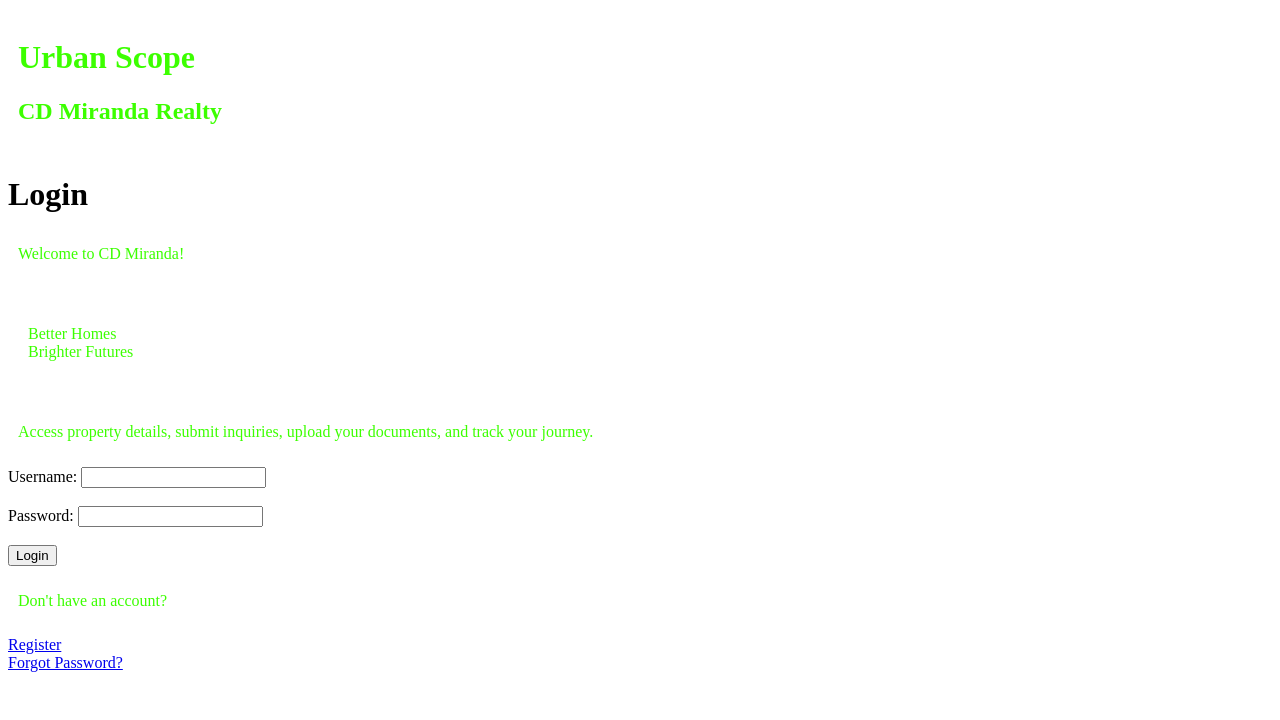
Repository: Gianeuz/CD-Miranda
Page: login/login.html
These files come from the project's save history. The page is drawn as it stood at one moment and after a run of saves; the edit follows.
The browser window is 1280 px wide. The pictures show the whole page.

Above is the page before, as saved 2026-09-24 23:57:56.

### login/login.html
<!DOCTYPE html>
<html lang="en">
<head>
    <meta charset="UTF-8">
    <meta name="viewport" content="width=device-width, initial-scale=1.0">
    <link rel="icon" href="favicon.jpg" type="image/x-icon">
    <link rel="stylesheet" href="login.css">
    <title>CD Miranda</title>
</head>
<body>

    <div class="header">
        <h1>Urban Scope</h1>
        <h2>CD Miranda Realty</h2>
    </div>
<div class="welcome">
    <h1>Login</h1>
    <p>Welcome to CD Miranda!</p>
</div>

<div class="qoute">
    <p>Better Homes <br> Brighter Futures</p>
</div>

<div class="qoute-text">
    <p>Access property details, submit inquiries, upload your documents, and track your journey.</p>
</div>

<div class="login-form">
    <form action="login.php" method="post">
        <label for="username">Username:</label>
        <input type="text" id="username" name="username" required><br><br>

        <label for="password">Password:</label>
        <input type="password" id="password" name="password" required><br><br>

        <input type="submit" value="Login">
    </form>
</div>

<div class="register">
    <p>Don't have an account?</p>
    <a href="register.html">Register</a>
</div>

<div class="forgot-password">
    <a href="forgot_password.html">Forgot Password?</a>
</div>

</body>
</html>

### login/login.css
background-color {
    color:rgb(219, 255, 214)
}

p {
    background-color: #ffffff;
    color: rgb(60, 255, 0);
    padding: 10px;
    text-align: left;
}

.header {
    background-color: #ffffff;
    color: rgb(60, 255, 0);
    padding: 10px;
    text-align: left;
}

.qoute {
    background-color: #ffffff;
    color: rgb(60, 255, 0);
    padding: 10px;
    text-align: left;
}

.


.register{
    background-color: #ffffff;
    right: 90px;
    top: 100px;
    width: 90%;
}

After the next 6 saves:
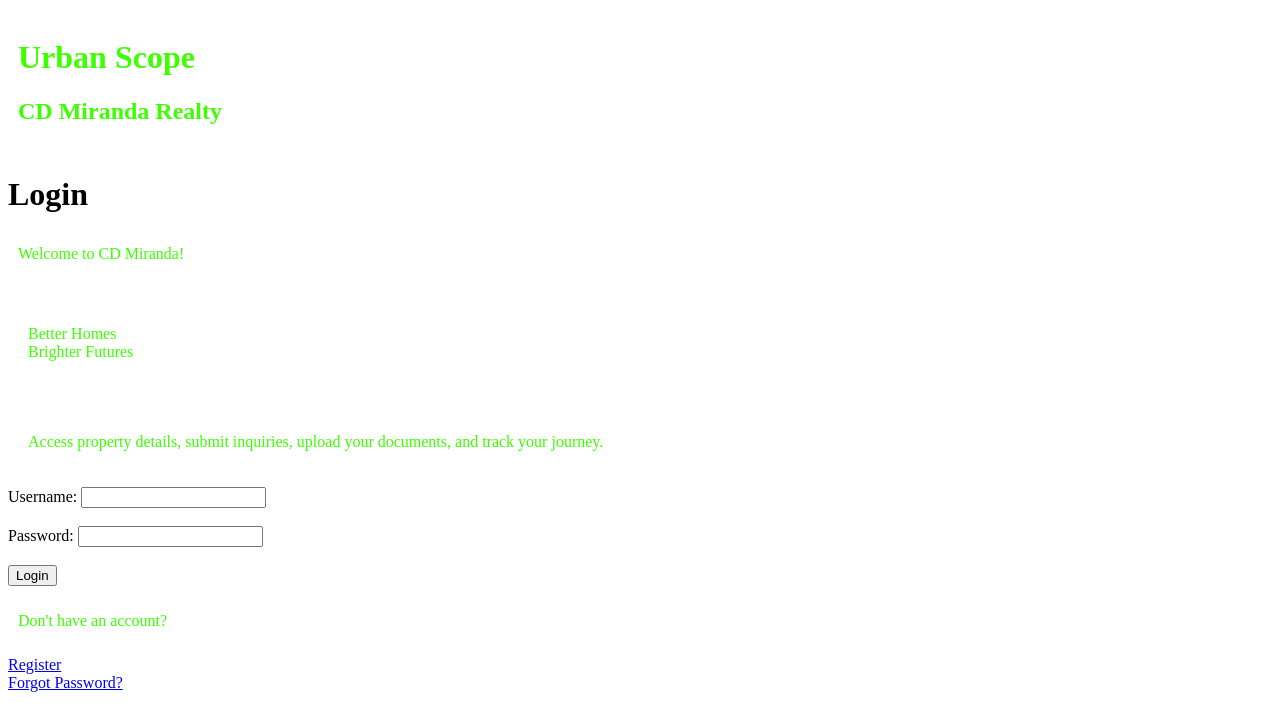
The 6 saves are shown as one change because they came seconds apart.
The last was saved 9 s later.
--- a/login/login.css
+++ b/login/login.css
@@ -23,7 +23,12 @@
     text-align: left;
 }
 
-.
+.qoute-text {
+    background-color: #ffffff;
+    color: rgb(60, 255, 0);
+    padding: 10px;
+    text-align: left;
+}
 
 
 .register{
